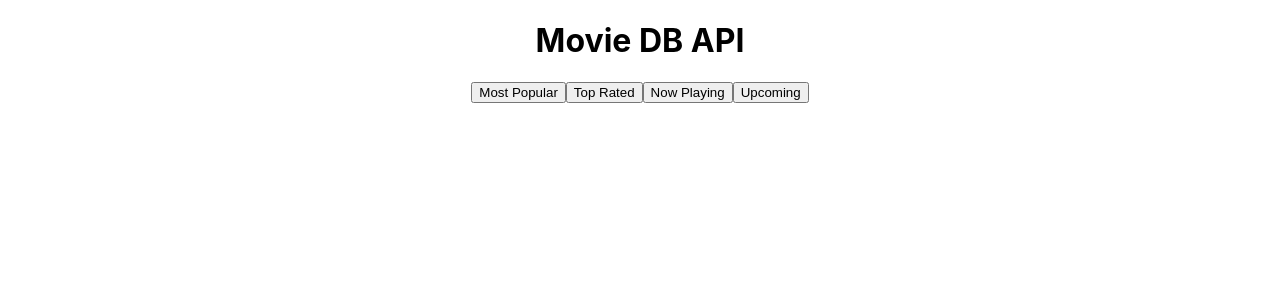
Repository: chaampavictor/moviedbapi
Page: /
These files come from the project's save history. The page is drawn as it stood at one moment and after the next save; the edit follows.
The browser window is 1280 px wide. The pictures show the whole page.
The page's requests for data from a server got no answer. The project was rebuilt for these pictures with package versions that can differ from the ones it lists, and the page was loaded fresh each time. No one was signed in, and anything a server would have sent is missing.

Above is the page before, as saved 2022-01-13 09:41:33.

### src/App.js
import React, { useEffect, useState } from "react";
import axios from "axios";
import "./App.css";
import Container from "react-bootstrap/Container";
import Row from "react-bootstrap/Row";
import Col from "react-bootstrap/Col";
import Button from "react-bootstrap/Button";
const api_key = "872c70d736d1ef4484522f734137927d";
const BASE_URL = "https://api.themoviedb.org/3";
const getImage = (path) => `https://image.tmdb.org/t/p/w300/${path}`;

function App() {
  const [data, setData] = useState([]);
  const [isLoading, setLoading] = useState(false);
  const api = axios.create({ baseURL: BASE_URL });

  const getUpcoming = api.get("/movie/popular", { params: { api_key } });
  const getgenre = api.get("/genre/movie/list", { params: { api_key } });

  useEffect(() => {
    getUpcoming.then((res) => {
      setData(res.data.results);
    });

    getgenre.then((res) => {
      // setData(res.data.results);
      console.log("get genre", res);
    });
  }, []);

  const GetMostPopular = () => {
    setLoading(true);
    const toprated = api.get("/movie/popular", { params: { api_key } });
    toprated.then((res) => {
      console.log("get popular", res.data.results);
      setData(res.data.results);
      setLoading(false);
    });
  };

  const GetTopRated = (res) => {
    setLoading(true);

    const toprated = api.get("/movie/top_rated", { params: { api_key } });
    toprated.then((res) => {
      console.log("get top rated", res.data.results);
      setData(res.data.results);
      setLoading(false);
    });
  };

  const GetPlaying = () => {
    setLoading(true);

    const latest = api.get("movie/now_playing", { params: { api_key } });
    latest.then((res) => {
      console.log("now_playing movies", res.data);
      setData(res.data.results);
      setLoading(false);
    });
  };

  const GetUpcoming = () => {
    setLoading(true);

    const latest = api.get("movie/upcoming", { params: { api_key } });
    latest.then((res) => {
      console.log("latest movies", res.data);
      setData(res.data.results);
      setLoading(false);
    });
  };

  return (
    <div className="App">
      <h1 style={{ textAlign: "center" }}>Movie DB API</h1>
      <header>
        <div
          style={{
            display: "flex",
            justifyContent: "center",
            alignItems: "center",
            marginBottom: "12px",
          }}
        >
          <Button
            variant="primary"
            disabled={isLoading}
            onClick={!isLoading ? GetMostPopular : null}
          >
            {isLoading ? "Loading…" : "Most Popular"}
          </Button>

          <Button
            variant="primary"
            disabled={isLoading}
            onClick={!isLoading ? GetTopRated : null}
          >
            {isLoading ? "Loading…" : "Top Rated"}
          </Button>

          <Button
            variant="primary"
            disabled={isLoading}
            onClick={!isLoading ? GetPlaying : null}
          >
            {isLoading ? "Loading…" : "Now Playing"}
          </Button>

          <Button
            variant="primary"
            disabled={isLoading}
            onClick={!isLoading ? GetUpcoming : null}
          >
            {isLoading ? "Loading…" : "Upcoming"}
          </Button>
        </div>

        <div
          className="explore-card-columns  container-fluid"
          style={{ marginBottom: "100px" }}
        >
          {data.map((movie) => (
            <div className="item">
              <img
                src={getImage(movie.poster_path)}
                alt="poster"
                className="image-item"
              />
              {/* <p>{movie.original_title}</p> */}
            </div>
          ))}
        </div>
      </header>
    </div>
  );
}

export default App;

### src/App.css
.explore-nav {
  padding-top: 30px;
}

.item {
  margin-bottom: 15px;
}

.image-item {
  border-radius: 52px;
}

.explore-nav-link {
  font-family: Ubuntu;
  font-style: normal;
  font-weight: normal;
  font-size: 18px;
  line-height: 21px;
  color: #3e3e3e;
  opacity: 0.6;
  text-decoration: none;
  padding: 10px 10px;
}
.explore-nav-link:hover {
  color: #f7931e !important;
  text-decoration: none;
}
.explore-nav-link:focus {
  color: #f7931e;
}

.explore-user-detail {
  padding-top: 20px;
  /* background: red; */
  text-align: center;
}
.explore-user-detail img {
  height: 30px;
  width: 30px;
}
.explore-username {
  padding-left: 15px;
  padding-right: 30px;
  font-family: Ubuntu;
  font-style: normal;
  font-weight: normal;
  font-size: 18px;
  line-height: 21px;
  color: #fff;
}
.follow {
  font-family: Ubuntu;
  font-style: normal;
  font-weight: normal;
  font-size: 18px;
  line-height: 21px;
  background: none;
  outline: none;
  border: none;
}
.explore-body .card-body:hover {
  /* color: #30adb4; */
  background: "#32c709";
}

.card {
  border: 0px solid rgba(0, 0, 0, 0.125) !important;
}

.user-reaction div {
  padding-right: 20px;
}

.explore-card-columns .card {
  margin-bottom: 0.79rem;
}
@media screen and (min-width: 992px) {
  .explore-card-columns {
    -webkit-column-count: 4;
    -moz-column-count: 4;
    column-count: 4;
    -webkit-column-gap: 1.25rem;
    -moz-column-gap: 1.25rem;
    column-gap: 1.25rem;
  }
  .explore-card-columns .card {
    display: inline-block;
    width: 100%;
  }
}
@media screen and (max-width: 992px) {
  .explore-card-columns {
    -webkit-column-count: 2;
    -moz-column-count: 2;
    column-count: 2;
  }
}
@media screen and (max-width: 600px) {
  .explore-card-columns {
    -webkit-column-count: 1;
    -moz-column-count: 1;
    column-count: 1;
  }
}

Loaded but not shown: public/index.html (common file); src/index.js (common file); src/index.css (common file); src/reportWebVitals.js (common file)

After the next save:
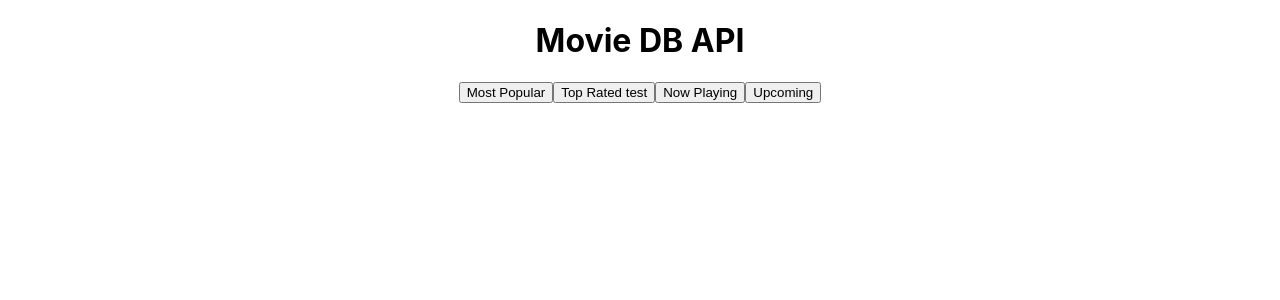
Saved 33 s later.
--- a/src/App.js
+++ b/src/App.js
@@ -96,7 +96,7 @@
             disabled={isLoading}
             onClick={!isLoading ? GetTopRated : null}
           >
-            {isLoading ? "Loading…" : "Top Rated"}
+            {isLoading ? "Loading…" : "Top Rated test"}
           </Button>
 
           <Button

After the save that followed:
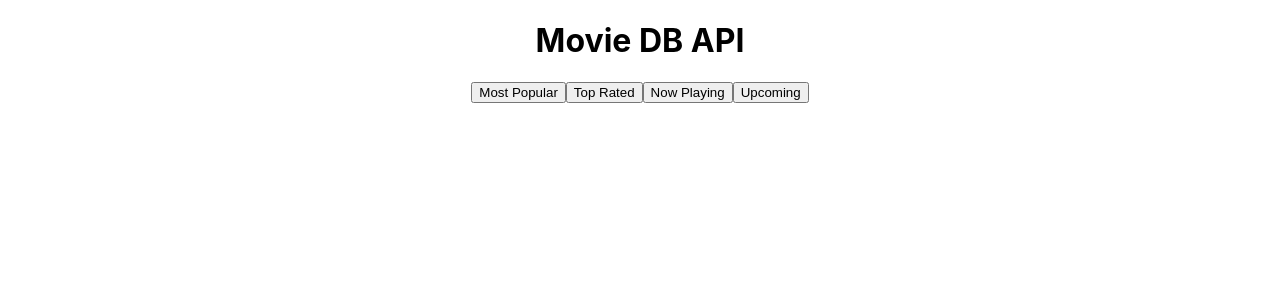
Saved 4 s later.
--- a/src/App.js
+++ b/src/App.js
@@ -96,7 +96,7 @@
             disabled={isLoading}
             onClick={!isLoading ? GetTopRated : null}
           >
-            {isLoading ? "Loading…" : "Top Rated test"}
+            {isLoading ? "Loading…" : "Top Rated"}
           </Button>
 
           <Button
